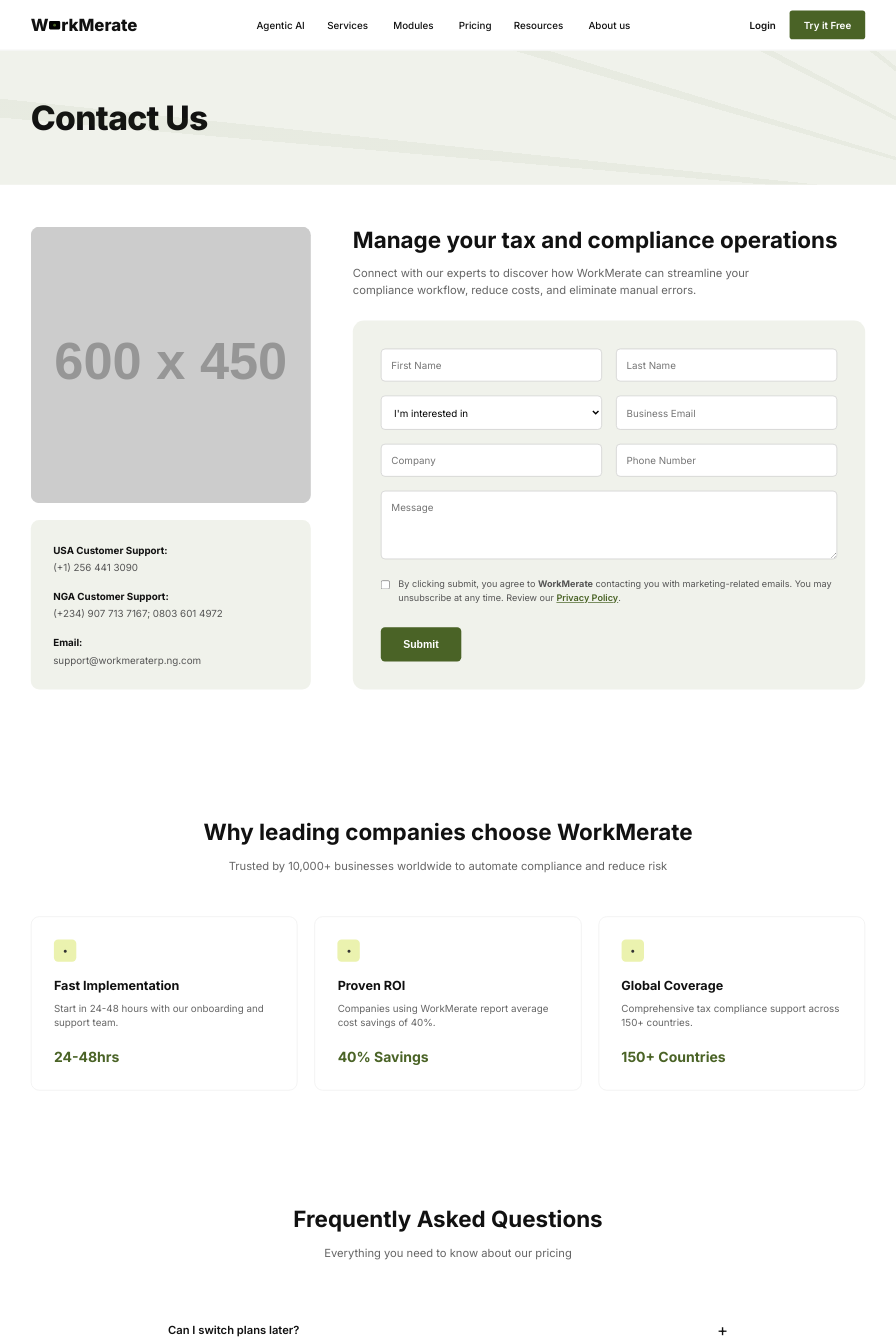
Repository: AYANO-EMMANUEL/workmerate
Page: contact-us.html
An editor plug-in stored every save of this project. The page is shown before and after a run of saves, followed by the edit.
The browser window is 1280 px wide. The pictures show the part of the page from y = 0 to 1920 px (the page is 2923 px tall before and 3012 px after), at 70% of full size.

Above is the page before, as saved 2026-02-02 15:22:44.

### contact-us.html
<!DOCTYPE html>
<html lang="en">
<head>
    <meta charset="UTF-8">
    <meta name="viewport" content="width=device-width, initial-scale=1.0">
    <title>Contact Us - WorkMerate</title>
    <link rel="stylesheet" href="contact-us.css">
    <link rel="preconnect" href="https://fonts.googleapis.com">
    <link rel="preconnect" href="https://fonts.gstatic.com" crossorigin>
    <link href="https://fonts.googleapis.com/css2?family=Inter:wght@400;500;600;700;800&display=swap" rel="stylesheet">
</head>
<body>

    <nav class="navbar">
        <div class="container nav-wrapper">
            <a href="#" class="logo">W<span class="bag-icon"></span>rkMerate</a>
            <ul class="nav-menu">
                <li><a href="#" class="nav-link">Agentic AI</a></li>
                <li><a href="#" class="nav-link">Services <svg class="chevron" viewBox="0 0 24 24" fill="none" stroke="currentColor" stroke-width="2"><polyline points="6 9 12 15 18 9"></polyline></svg></a></li>
                <li><a href="#" class="nav-link">Modules <svg class="chevron" viewBox="0 0 24 24" fill="none" stroke="currentColor" stroke-width="2"><polyline points="6 9 12 15 18 9"></polyline></svg></a></li>
                <li><a href="#" class="nav-link">Pricing</a></li>
                <li><a href="#" class="nav-link">Resources <svg class="chevron" viewBox="0 0 24 24" fill="none" stroke="currentColor" stroke-width="2"><polyline points="6 9 12 15 18 9"></polyline></svg></a></li>
                <li><a href="#" class="nav-link">About us</a></li>
            </ul>
            <div class="nav-actions">
                <a href="#" class="login-link">Login</a>
                <a href="#" class="btn-nav">Try it Free</a>
            </div>
            <div class="hamburger" id="hamburger"><span></span><span></span><span></span></div>
        </div>
        <div class="mobile-menu" id="mobileMenu">
             <a href="#">Services</a><a href="#">Modules</a><a href="#">Contact</a>
        </div>
    </nav>

    <section class="contact-hero">
        <div class="hero-bg-lines"></div>
        <div class="container">
            <h1>Contact Us</h1>
        </div>
    </section>

    <section class="contact-main">
        <div class="container">
            <div class="contact-layout">

                <div class="contact-visuals">
                    <img src="https://placehold.co/600x450/eeeeee/999999?text=Laptop+Workspace" alt="Workspace" class="contact-img">

                    <div class="contact-info-card">
                        <div class="info-group">
                            <strong>USA Customer Support:</strong>
                            <p>(+1) 256 441 3090</p>
                        </div>
                        <div class="info-group">
                            <strong>NGA Customer Support:</strong>
                            <p>(+234) 907 713 7167; 0803 601 4972</p>
                        </div>
                        <div class="info-group">
                            <strong>Email:</strong>
                            <p><a href="mailto:support@workmeraterp.ng.com">support@workmeraterp.ng.com</a></p>
                        </div>
                    </div>
                </div>

                <div class="contact-form-wrapper">
                    <h2>Manage your tax and compliance operations</h2>
                    <p class="form-subtext">Connect with our experts to discover how WorkMerate can streamline your compliance workflow, reduce costs, and eliminate manual errors.</p>

                    <form class="contact-form">
                        <div class="form-row">
                            <input type="text" placeholder="First Name" required>
                            <input type="text" placeholder="Last Name" required>
                        </div>
                        <div class="form-row">
                            <select>
                                <option disabled selected>I'm interested in</option>
                                <option>Tax Automation</option>
                                <option>Compliance</option>
                                <option>Advisory</option>
                            </select>
                            <input type="email" placeholder="Business Email" required>
                        </div>
                        <div class="form-row">
                            <input type="text" placeholder="Company">
                            <input type="tel" placeholder="Phone Number">
                        </div>
                        <textarea placeholder="Message" rows="4"></textarea>

                        <div class="form-checkbox">
                            <input type="checkbox" id="consent">
                            <label for="consent">
                                By clicking submit, you agree to <strong>WorkMerate</strong> contacting you with marketing-related emails. You may unsubscribe at any time. Review our <a href="#">Privacy Policy</a>.
                            </label>
                        </div>

                        <button type="submit" class="btn-submit">Submit</button>
                    </form>
                </div>

            </div>
        </div>
    </section>

    <section class="section-padding bg-white">
        <div class="container">
            <div class="section-header">
                <h2>Why leading companies choose WorkMerate</h2>
                <p>Trusted by 10,000+ businesses worldwide to automate compliance and reduce risk</p>
            </div>

            <div class="grid-3">
                <div class="feature-card-clean">
                    <div class="dot-icon">●</div>
                    <h3>Fast Implementation</h3>
                    <p>Start in 24-48 hours with our onboarding and support team.</p>
                    <div class="stat-highlight">24-48hrs</div>
                </div>
                <div class="feature-card-clean">
                    <div class="dot-icon">●</div>
                    <h3>Proven ROI</h3>
                    <p>Companies using WorkMerate report average cost savings of 40%.</p>
                    <div class="stat-highlight">40% Savings</div>
                </div>
                <div class="feature-card-clean">
                    <div class="dot-icon">●</div>
                    <h3>Global Coverage</h3>
                    <p>Comprehensive tax compliance support across 150+ countries.</p>
                    <div class="stat-highlight">150+ Countries</div>
                </div>
            </div>
        </div>
    </section>

    <section class="faq-section bg-white">
        <div class="container">
            <div class="section-header">
                <h2>Frequently Asked Questions</h2>
                <p>Everything you need to know about our pricing</p>
            </div>
            <div class="faq-list">
                <div class="faq-item"><span>Can I switch plans later?</span><span class="plus">+</span></div>
                <div class="faq-item"><span>What payment methods do you accept?</span><span class="plus">+</span></div>
                <div class="faq-item"><span>Is there a free trial?</span><span class="plus">+</span></div>
                <div class="faq-item"><span>What happens to my data if I cancel?</span><span class="plus">+</span></div>
                <div class="faq-item"><span>Do you offer discounts for non-profits?</span><span class="plus">+</span></div>
                <div class="faq-item"><span>Can I pay annually to save money?</span><span class="plus">+</span></div>
            </div>
        </div>
    </section>

    <footer class="footer-section">
        <div class="container">
            <div class="footer-top">
                <div class="footer-brand">
                    <a href="#" class="logo">W<span class="bag-icon"></span>rkMerate</a>
                    <p class="tagline">Smart. Secure. Simplified.</p>
                    <div class="contact-details">
                        <p><strong>USA Customer Support:</strong><br>(+1) 256 441 3090</p>
                        <p><strong>NGA Customer Support:</strong><br>(+234) 907 713 7167</p>
                        <p><strong>Email:</strong><br>support@workmerate.ng.com</p>
                    </div>
                    <div class="social-icons">
                         <span>f</span><span>x</span><span>in</span><span>ig</span><span>tk</span>
                    </div>
                </div>
                <div class="footer-links-grid">
                    <div><h4>Services</h4><ul><li><a href="#">Tax Automation</a></li><li><a href="#">ERP Integration</a></li></ul></div>
                    <div><h4>Modules</h4><ul><li><a href="#">Human Resources</a></li><li><a href="#">Financial Management</a></li></ul></div>
                    <div><h4>Resources</h4><ul><li><a href="#">Compliance Loss</a></li><li><a href="#">State IRS</a></li></ul></div>
                    <div><h4>Other Links</h4><ul><li><a href="#">About Us</a></li><li><a href="#">Pricing</a></li></ul></div>
                </div>
            </div>
            <hr>
            <div class="footer-newsletter">
                <div class="nl-text"><h3>Subscribe to our newsletter</h3><p>Stay informed with the latest news.</p></div>
                <div class="nl-form"><input type="email" placeholder="Enter your email"><button class="btn-dark">Subscribe</button></div>
            </div>
            <hr>
            <div class="footer-bottom">
                <p>&copy; 2025 WorkMerate - All rights reserved</p>
                <div class="badges"><span style="color:#4F6F2F; font-weight:bold;">NiTDA</span></div>
            </div>
        </div>
    </footer>

    <script>
        document.getElementById('hamburger').addEventListener('click', function() {
            document.getElementById('mobileMenu').classList.toggle('open');
        });

        // Simple FAQ Toggle
        document.querySelectorAll('.faq-item').forEach(item => {
            item.addEventListener('click', () => {
                item.classList.toggle('active');
            });
        });
    </script>
</body>
</html>

### contact-us.css
/* --- Reset & Variables --- */
:root {
  --font-family: "Inter", sans-serif;
  --color-text-main: #111;
  --color-text-light: #555;
  --color-dark-green: #4a6326;
  --color-cream-bg: #f0f2eb;
  --color-input-bg: #fff;
  --color-input-border: #e5e5e5;
}

* {
  margin: 0;
  padding: 0;
  box-sizing: border-box;
}
body {
  font-family: var(--font-family);
  color: var(--color-text-main);
  background: #fff;
  line-height: 1.5;
  overflow-x: hidden;
}
a {
  text-decoration: none;
  color: inherit;
}
ul {
  list-style: none;
}
img {
  max-width: 100%;
  display: block;
}

/* Utilities */
.container {
  max-width: 1240px;
  margin: 0 auto;
  padding: 0 24px;
}
.section-padding {
  padding: 80px 0;
}
.bg-white {
  background-color: #fff;
}
.bg-cream {
  background-color: var(--color-cream-bg);
}

/* --- Navigation --- */
.navbar {
  height: 72px;
  display: flex;
  align-items: center;
  border-bottom: 1px solid #eee;
  background: #fff;
  position: relative;
  z-index: 100;
}
.nav-wrapper {
  width: 100%;
  display: flex;
  justify-content: space-between;
  align-items: center;
}
.logo {
  font-size: 24px;
  font-weight: 800;
  display: flex;
  align-items: center;
}
.bag-icon {
  width: 16px;
  height: 12px;
  background: #000;
  border-radius: 2px;
  display: inline-block;
  position: relative;
  margin: 0 1px;
}
.bag-icon::after {
  content: "";
  position: absolute;
  top: 4px;
  left: 6px;
  width: 4px;
  height: 4px;
  background: var(--color-dark-green);
  border-radius: 50%;
}
.nav-menu {
  display: flex;
  gap: 32px;
}
.nav-link {
  font-size: 14px;
  font-weight: 500;
  display: flex;
  align-items: center;
  gap: 4px;
}
.nav-actions {
  display: flex;
  gap: 20px;
  align-items: center;
}
.login-link {
  font-weight: 600;
  font-size: 14px;
}
.btn-nav {
  background: var(--color-dark-green);
  color: #fff;
  padding: 10px 20px;
  border-radius: 4px;
  font-weight: 600;
  font-size: 14px;
}
.hamburger {
  display: none;
  flex-direction: column;
  gap: 5px;
  cursor: pointer;
}
.hamburger span {
  width: 24px;
  height: 3px;
  background: #000;
}
.mobile-menu {
  display: none;
  position: absolute;
  top: 72px;
  left: 0;
  width: 100%;
  background: #fff;
  padding: 20px;
  border-bottom: 1px solid #eee;
}
.mobile-menu.open {
  display: flex;
  flex-direction: column;
  gap: 10px;
}

/* --- 1. Contact Hero --- */
.contact-hero {
  background-color: var(--color-cream-bg);
  padding: 60px 0;
  position: relative;
  overflow: hidden;
}
/* Subtle lines pattern */
.hero-bg-lines {
  position: absolute;
  inset: 0;
  background: repeating-conic-gradient(
    from 45deg at 120% 120%,
    transparent 0deg 10deg,
    rgba(75, 101, 39, 0.05) 10deg 11deg
  );
  pointer-events: none;
}
.contact-hero h1 {
  font-size: 48px;
  font-weight: 800;
  color: #111;
  letter-spacing: -1px;
  margin: 0;
}

/* --- 2. Main Contact Section --- */
.contact-main {
  padding: 60px 0 100px;
  background: #fff;
}
.contact-layout {
  display: grid;
  grid-template-columns: 400px 1fr;
  gap: 60px;
  align-items: stretch;
}

/* Left Side: Visuals */
.contact-visuals {
  display: flex;
  flex-direction: column;
  gap: 24px;
}
.contact-img {
  border-radius: 12px;
  height: 75%;
  object-fit: cover;
  width: 100%;
}
.contact-info-card {
  background-color: var(--color-cream-bg);
  padding: 32px;
  border-radius: 12px;
}
.info-group {
  margin-bottom: 20px;
  font-size: 14px;
}
.info-group:last-child {
  margin-bottom: 0;
}
.info-group strong {
  display: block;
  color: #111;
  margin-bottom: 4px;
  font-weight: 700;
}
.info-group p,
.info-group a {
  color: #555;
  font-weight: 400;
  text-decoration: none;
}

/* Right Side: Form */
.contact-form-wrapper h2 {
  font-size: 32px;
  font-weight: 700;
  line-height: 1.2;
  margin-bottom: 16px;
}
.form-subtext {
  color: #666;
  margin-bottom: 32px;
  max-width: 600px;
}

.contact-form {
  background-color: var(--color-cream-bg);
  padding: 40px;
  border-radius: 16px;
}
.form-row {
  display: grid;
  grid-template-columns: 1fr 1fr;
  gap: 20px;
  margin-bottom: 20px;
}
input,
select,
textarea {
  width: 100%;
  padding: 14px;
  border-radius: 6px;
  border: 1px solid #ccc;
  font-family: inherit;
  font-size: 14px;
  outline: none;
  background: #fff;
}
textarea {
  resize: vertical;
  margin-bottom: 20px;
}

.form-checkbox {
  display: flex;
  gap: 12px;
  align-items: start;
  margin-bottom: 32px;
  font-size: 13px;
  color: #555;
}
.form-checkbox input {
  width: auto;
  margin-top: 4px;
}
.form-checkbox a {
  color: var(--color-dark-green);
  font-weight: 600;
  text-decoration: underline;
}

.btn-submit {
  background-color: var(--color-dark-green);
  color: #fff;
  border: none;
  padding: 16px 32px;
  border-radius: 6px;
  font-weight: 600;
  font-size: 15px;
  cursor: pointer;
  transition: 0.2s;
}
.btn-submit:hover {
  background-color: #3d5220;
}

/* --- 3. Features Grid --- */
.section-header {
  text-align: center;
  max-width: 700px;
  margin: 0 auto 60px;
}
.section-header h2 {
  font-size: 32px;
  font-weight: 700;
  margin-bottom: 12px;
}
.section-header p {
  color: #666;
}

.grid-3 {
  display: grid;
  grid-template-columns: repeat(3, 1fr);
  gap: 24px;
}
.feature-card-clean {
  border: 1px solid #eee;
  border-radius: 12px;
  padding: 32px;
  background: #fff;
}
.dot-icon {
  background: #ebf2af;
  width: 32px;
  height: 32px;
  display: flex;
  align-items: center;
  justify-content: center;
  border-radius: 6px;
  font-size: 10px;
  color: #333;
  margin-bottom: 20px;
}
.feature-card-clean h3 {
  font-size: 18px;
  font-weight: 700;
  margin-bottom: 8px;
}
.feature-card-clean p {
  font-size: 14px;
  color: #666;
  margin-bottom: 24px;
  line-height: 1.5;
}
.stat-highlight {
  font-size: 20px;
  font-weight: 700;
  color: var(--color-dark-green);
}

/* --- 4. FAQ --- */
.faq-section {
  padding: 80px 0;
  background: #fff;
}
.faq-list {
  max-width: 800px;
  margin: 0 auto;
}
.faq-item {
  display: flex;
  justify-content: space-between;
  align-items: center;
  padding: 20px 0;
  border-bottom: 1px solid #ddd;
  font-weight: 600;
  cursor: pointer;
  color: #111;
}
.plus {
  font-size: 24px;
  font-weight: 300;
}

/* --- Footer --- */
.footer-section {
  background: var(--color-cream-bg);
  padding: 80px 0 30px;
  font-size: 14px;
  color: #333;
}
.footer-top {
  display: flex;
  justify-content: space-between;
  flex-wrap: wrap;
  gap: 40px;
  margin-bottom: 40px;
}
.footer-links-grid {
  display: flex;
  gap: 60px;
}
.footer-links-grid h4 {
  font-weight: 700;
  margin-bottom: 12px;
}
.footer-links-grid a {
  color: #555;
  display: block;
  margin-bottom: 8px;
}
.contact-details p {
  font-size: 13px;
  margin-bottom: 8px;
  color: #555;
}
.footer-newsletter {
  display: flex;
  justify-content: space-between;
  align-items: center;
  padding: 30px 0;
  border-top: 1px solid #ccc;
  border-bottom: 1px solid #ccc;
  margin-bottom: 20px;
}
.nl-form input {
  padding: 10px;
  border: 1px solid #ccc;
  border-radius: 4px;
  width: 250px;
  margin-right: 10px;
}
.btn-dark {
  background: var(--color-dark-green);
  color: #fff;
  padding: 10px 20px;
  border-radius: 4px;
  border: none;
  font-weight: 600;
}
.footer-bottom {
  display: flex;
  justify-content: space-between;
  align-items: center;
  font-size: 12px;
  color: #777;
}

/* --- Responsive --- */
@media (max-width: 992px) {
  .nav-menu,
  .nav-actions {
    display: none;
  }
  .hamburger {
    display: flex;
  }

  .contact-layout {
    grid-template-columns: 1fr;
  } /* Stack visuals and form */
  .contact-visuals {
    flex-direction: row;
  } /* Put info next to image on tablet? */
  .contact-img {
    width: 50%;
    height: auto;
  }
  .contact-info-card {
    width: 50%;
  }

  .grid-3 {
    grid-template-columns: repeat(2, 1fr);
  }
  .footer-links-grid {
    flex-wrap: wrap;
    gap: 30px;
  }
}

@media (max-width: 600px) {
  .contact-visuals {
    flex-direction: column;
  }
  .contact-img,
  .contact-info-card {
    width: 100%;
  }
  .contact-form {
    padding: 24px;
  }
  .form-row {
    grid-template-columns: 1fr;
    gap: 16px;
  }

  .grid-3 {
    grid-template-columns: 1fr;
  }
  .footer-newsletter {
    flex-direction: column;
    align-items: flex-start;
    gap: 15px;
  }
  .nl-form {
    width: 100%;
  }
  .nl-form input {
    width: 100%;
    margin-bottom: 10px;
  }
}

After the next 5 saves:
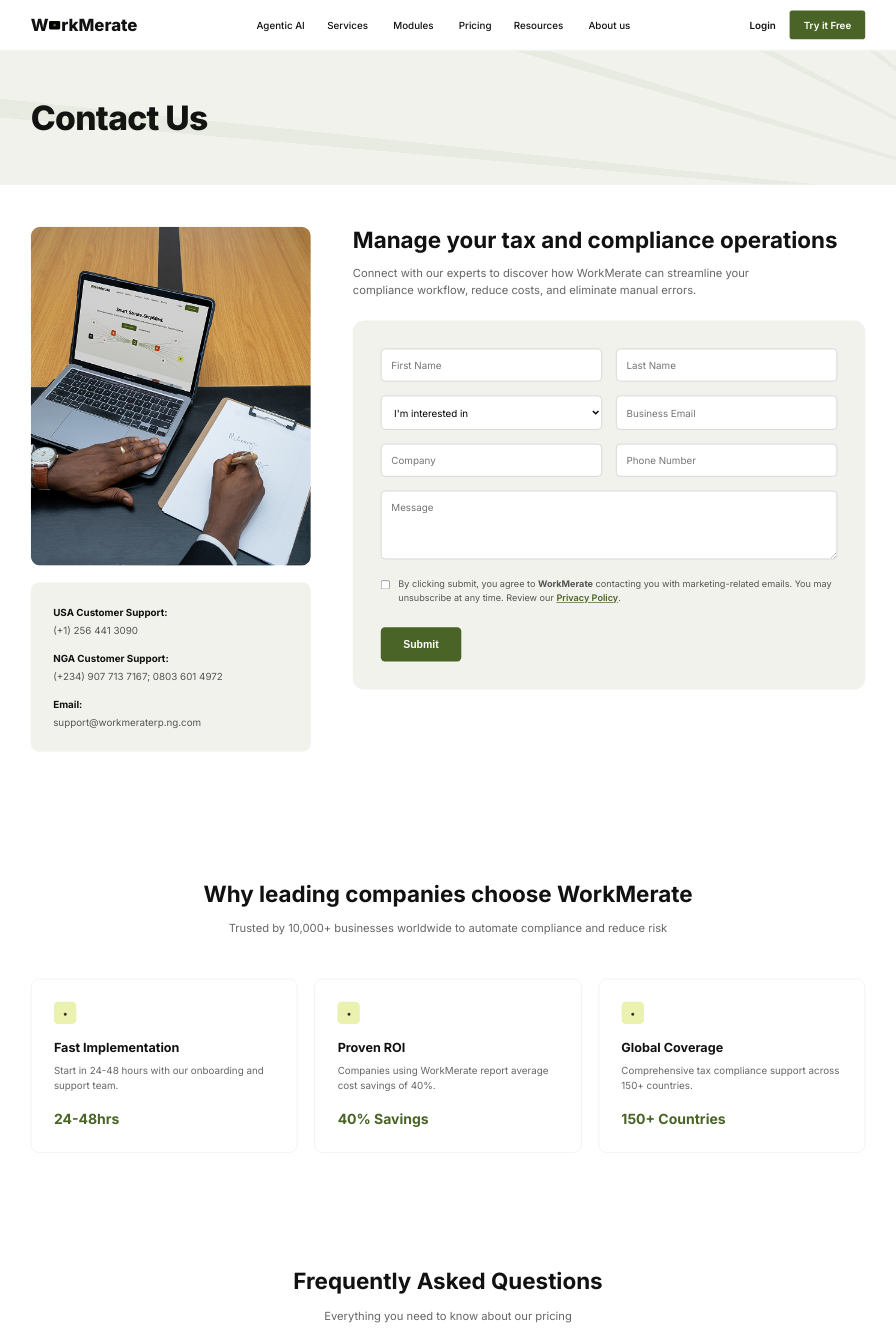
The 5 saves are shown as one change because they came seconds apart.
The last was saved 95 s later.
--- a/contact-us.html
+++ b/contact-us.html
@@ -45,7 +45,7 @@
             <div class="contact-layout">
 
                 <div class="contact-visuals">
-                    <img src="https://placehold.co/600x450/eeeeee/999999?text=Laptop+Workspace" alt="Workspace" class="contact-img">
+                    <img src="./assets/contact-us.png" alt="Workspace" class="contact-img">
 
                     <div class="contact-info-card">
                         <div class="info-group">
